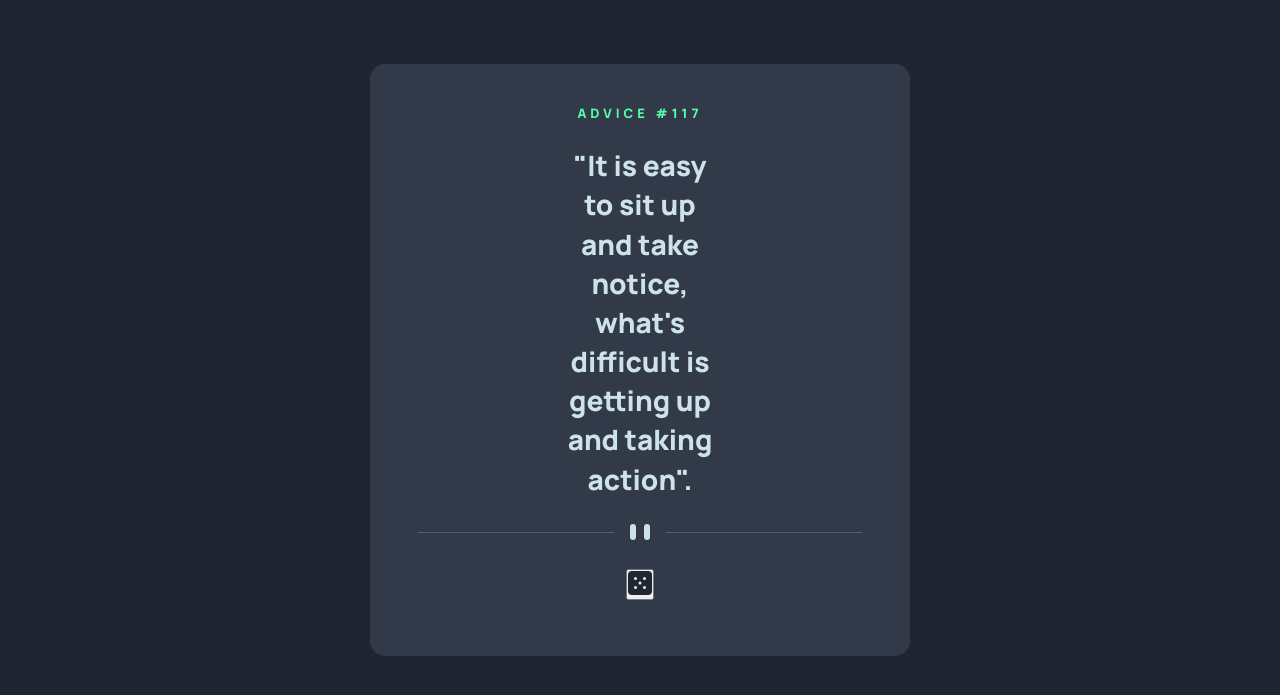
Repository: Daki-builds/advice-generator-app
Page: index.html
These files come from the project's save history. The page is drawn as it stood at one moment and after the next save; the edit follows.
The browser window is 1280 px wide. The pictures show the whole page.

Above is the page before, as saved 2026-10-08 19:33:29.

After the next save:
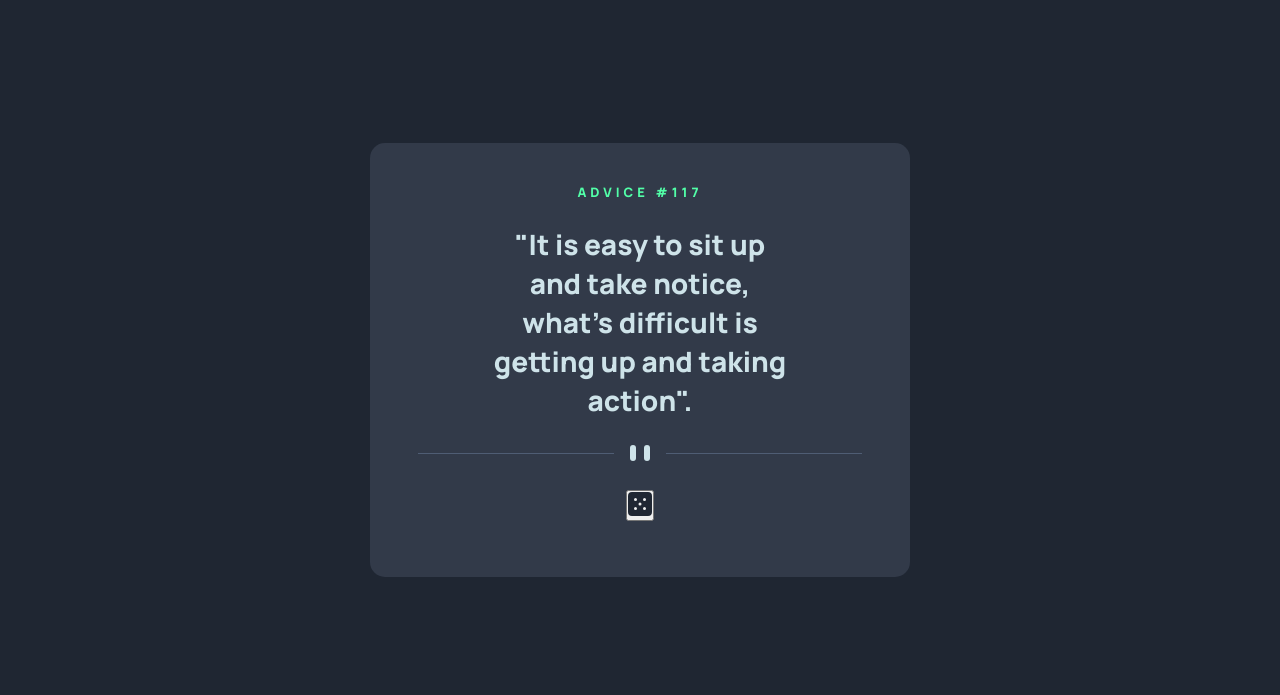
Saved 10 s later.
--- a/style.css
+++ b/style.css
@@ -52,7 +52,7 @@ h1 {
 p {
   font-size: var(--font-size);
   line-height: 1.4;
-  width: 30%;
+  width: 60%;
   color: var(--blue-200);
 }
 
